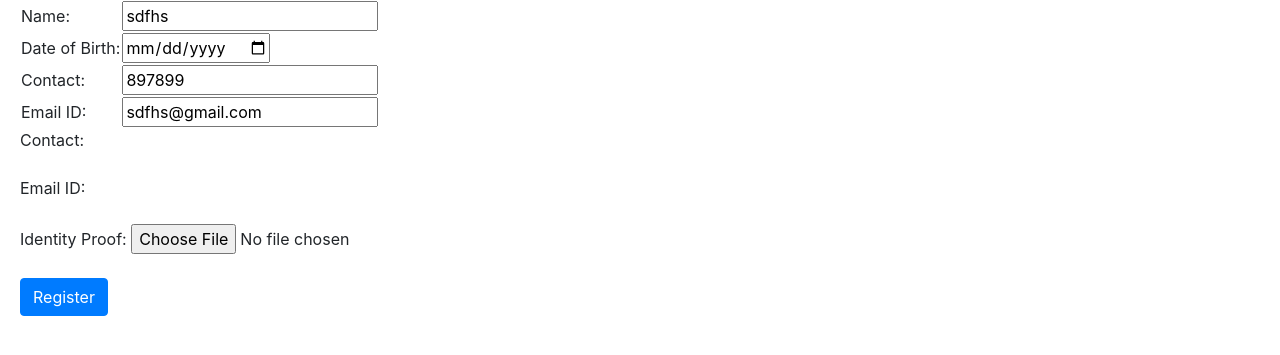
Repository: piyushrulesyou/CasinoGameApplication
Page: http://localhost/adminPanel/RegisterUser.jsp
These files come from the project's save history. The page is drawn as it stood at one moment and after the next save; the edit follows.
The browser window is 1280 px wide. The pictures show the whole page.
The page is served by Tomcat 9. Nobody is signed in. The application's start-up code is not run. Other server files are loaded and not shown.

Above is the page before, as saved 2019-10-31 09:35:01.
Console error: TypeError: Cannot read properties of undefined (reading 'setDefaults')

### AdminPanel/adminPanel/src/main/webapp/RegisterUser.jsp
<%@page contentType="text/html;charset = UTF-8" language="java"%>
<%@page isELIgnored="false"%>

<!DOCTYPE html>
<html>
<head>
<meta charset="ISO-8859-1">
<title>Register</title>
<meta charset="utf-8">

<meta name="viewport" content="width=device-width, initial-scale=1">

<link rel="stylesheet"
	href="https://maxcdn.bootstrapcdn.com/bootstrap/4.3.1/css/bootstrap.min.css">
<script
	src="https://ajax.googleapis.com/ajax/libs/jquery/3.4.1/jquery.min.js"></script>
<script
	src="https://cdnjs.cloudflare.com/ajax/libs/popper.js/1.14.7/umd/popper.min.js"></script>
<script
	src="https://maxcdn.bootstrapcdn.com/bootstrap/4.3.1/js/bootstrap.min.js"></script>

<script>
	$(function() {
		$("#datepicker").datepicker();
	});
	$.datepicker.setDefaults({
		changeMonth : "true",
		changeYear : "true",
		yearRange : "-72:+38",
		showButtonPanel : "true"
	});
</script>

</head>
<body>

	<form action="registerUser" method="post">
<div class="form-check mb-2 mr-sm-2">

	<table>

	<tr>
		<td>Name:</td>
		<td><input type="text" id="customerName" name="customerName" placeholder="Enter name" value="sdfhs" required="required"></td>
	</tr>


	<tr>
		<td>Date of Birth:</td>
		<td><input type="date" name="dateOfBirth" id="dateOfBirth" placeholder="Enter DOB" required="required"></td>
	</tr>

	<tr>
		<td>Contact:</td>
		<td><input type="number" name="contactNumber" id="contactNumber" placeholder="Enter Contact Number" value=897899 required="required"></td>
	</tr>

	<tr>
		<td>Email ID:</td>
		<td><input type="email" id="emailID" name="emailID" placeholder="Enter email" value="sdfhs@gmail.com" required="required"></td>
	</tr>


	</table>


		Contact:

		<br><br>

		Email ID:

		<br><br>

		Identity Proof: <input type="file" id="idProof" name="idProof" accept="image/*" placeholder="ID Proof">

		<br><br>


		<button type="submit" class="btn btn-primary mb-2">Register</button>
		</div>
	</form>




</body>
</html>

After the next save:
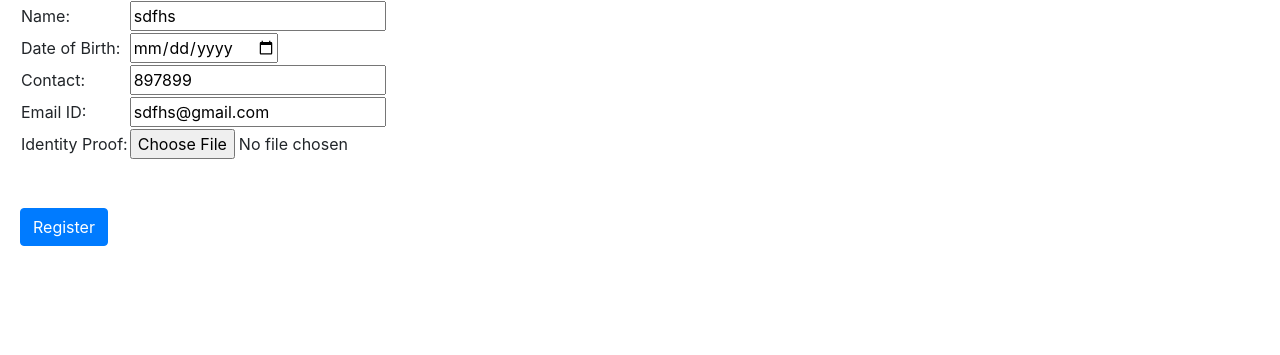
Saved 30 s later.
--- a/AdminPanel/adminPanel/src/main/webapp/RegisterUser.jsp
+++ b/AdminPanel/adminPanel/src/main/webapp/RegisterUser.jsp
@@ -61,18 +61,16 @@
 	</tr>
 
 
+	<tr>
+		<td>Identity Proof:</td>
+		<td><input type="file" id="idProof" name="idProof" accept="image/*" placeholder="ID Proof"></td>
+	</tr>
+
 	</table>
 
 
-		Contact:
 
-		<br><br>
 
-		Email ID:
-
-		<br><br>
-
-		Identity Proof: <input type="file" id="idProof" name="idProof" accept="image/*" placeholder="ID Proof">
 
 		<br><br>
 
